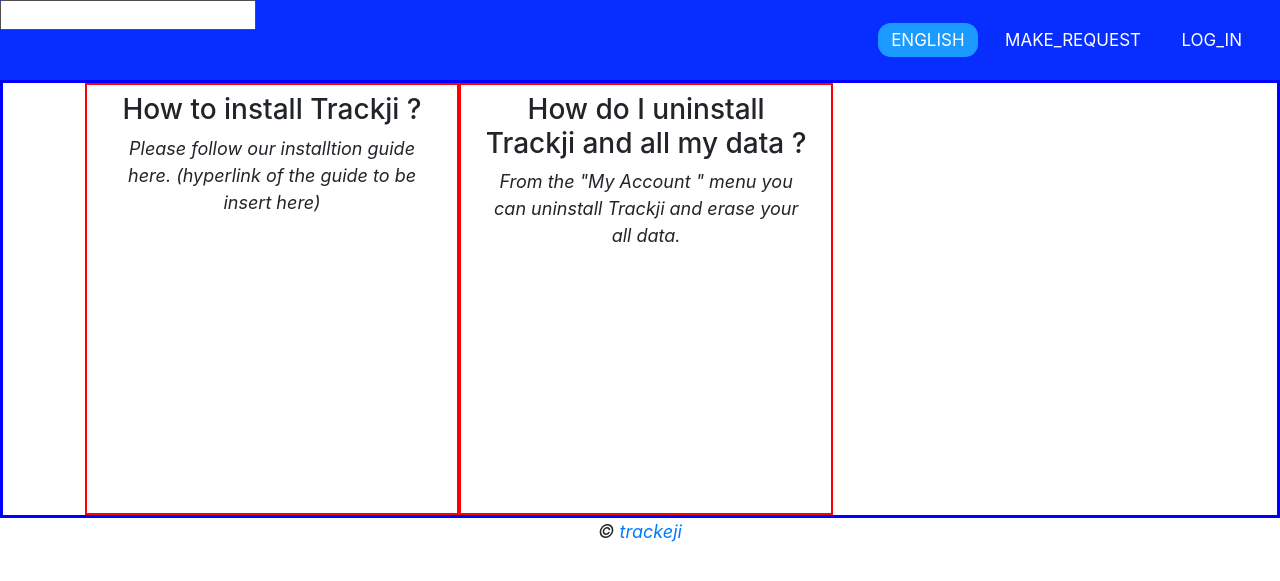
Repository: prathmeshgodbole/Web_Development
Page: Mobile_tracker/Installation.html
The author's editor kept a copy of each file at every save. The page is drawn from the files as they stood at one save, then again after the next save.
The browser window is 1280 px wide. The pictures show the whole page.
Some web libraries are served in a nearby version.

Above is the page before, as saved 2020-03-08 11:59:59.

### Mobile_tracker/Installation.html
<!DOCTYPE html>
<html lang="en">

<head>
    <meta charset="utf-8">
    <meta name="viewport" content="width=device-width, initial-scale=1, shrink-to-fit=no">
    <meta http-equiv="X-UA-compatible" ,content="ie=edge">
    <link rel="stylesheet" href="./css/installation.css">
    <script src="https://kit.fontawesome.com/a076d05399.js"></script>
    <link rel="stylesheet" href="https://stackpath.bootstrapcdn.com/bootstrap/4.3.1/css/bootstrap.min.css " integrity="sha384-ggOyR0iXCbMQv3Xipma34MD+dH/1fQ784/j6cY/iJTQUOhcWr7x9JvoRxT2MZw1T " crossorigin="anonymous ">
</head>



<body>
    <nav>
        <input type="checkbox " id="check ">
        <label for="check " class="checkbtn ">
        <i class="fas fa-bars "></i>
    </label>

        <ul>

            <li><a class="active " href="# ">English</a></li>
            <li><a href="# ">Make_Request</a></li>
            <li><a href="# ">Log_in</a></li>

        </ul>

    </nav>


    <div class="section-3 ">
        <div class="container ">
            <div class="row ">

                <div class="col-md-6 ">

                    <h3 class="m-2 ">How to install Trackji ?</h3>
                    <p class="m-2 ">Please follow our installtion guide here. (hyperlink of the guide to be insert here)</p>

                </div>


                <div class="col-md-6 ">

                    <h3 class="m-2 "> How do I uninstall Trackji and all my data ?</h3>
                    <p class="m-2 ">From the "My Account " menu you can uninstall Trackji and erase your all data.</p>

                </div>

            </div>
        </div>
    </div>




    <footer class="footer container ">
        <div class="container-inner ">
            <p class="copyright ">&copy; <a href=" ">trackeji</a></p>
        </div>
    </footer>


</body>

</html>

### Mobile_tracker/css/installation.css
body {
    margin: 0%;
    padding: 0%;
}

.section-3 {
    border-style: solid;
    border-color: blue;
}

h3 {
    text-align: center;
    font-weight: bold;
    font-size: 20px;
}

.col-md-6 {
    border: 2px solid red;
    padding-left: 5px;
    height: 60vh;
    align-items: center;
}

p {
    text-align: center;
    font-style: oblique;
    font-size: large;
}

nav {
    background: #082dff;
    height: 80px;
    width: 100%;
}

nav ul {
    float: right;
    margin-right: 20px;
}

nav ul li {
    display: inline-block;
    line-height: 80px;
    margin: 0 5px;
}

nav ul a {
    color: white;
    font-size: 17px;
    padding: 7px 13px;
    border-radius: 13px;
    text-transform: uppercase;
}

a.active,
a:hover {
    background: #1b9bff;
    transition: .5s;
}

.checkbtn {
    font-size: 30px;
    color: white;
    float: right;
    line-height: 80px;
    margin-right: 40px;
    cursor: pointer;
    display: none;
}

#check {
    display: none;
}

@media (max-width: 950px) {
    nav ul li a {
        font-size: 16px;
    }
}

@media (max-width: 850px) {
    .checkbtn {
        display: block;
    }
    ul {
        position: fixed;
        width: 100%;
        height: 100%;
        background: #2c3e50;
        top: 80px;
        left: -100%;
        text-align: center;
        transition: all .5s;
    }
    nav ul li {
        display: block;
        margin: 50px 0;
        line-height: 30px;
    }
    nav ul li a {
        font-size: 14px;
    }
    a:hover,
    a.active {
        background: none;
        color: #0082e6;
    }
    #check:checked~ul {
        left: 0;
    }
}

After the next save:
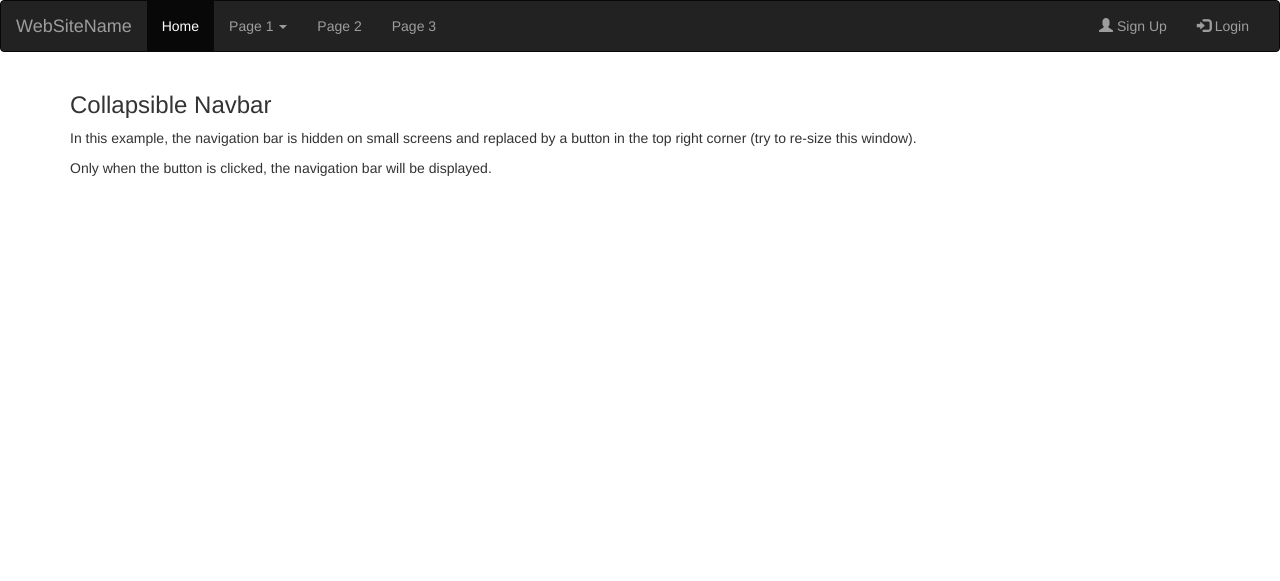
Saved 11 min 14 s later.
--- a/Mobile_tracker/Installation.html
+++ b/Mobile_tracker/Installation.html
@@ -2,66 +2,53 @@
 <html lang="en">
 
 <head>
+    <title>Bootstrap Example</title>
     <meta charset="utf-8">
-    <meta name="viewport" content="width=device-width, initial-scale=1, shrink-to-fit=no">
-    <meta http-equiv="X-UA-compatible" ,content="ie=edge">
-    <link rel="stylesheet" href="./css/installation.css">
-    <script src="https://kit.fontawesome.com/a076d05399.js"></script>
-    <link rel="stylesheet" href="https://stackpath.bootstrapcdn.com/bootstrap/4.3.1/css/bootstrap.min.css " integrity="sha384-ggOyR0iXCbMQv3Xipma34MD+dH/1fQ784/j6cY/iJTQUOhcWr7x9JvoRxT2MZw1T " crossorigin="anonymous ">
+    <meta name="viewport" content="width=device-width, initial-scale=1">
+    <link rel="stylesheet" href="https://maxcdn.bootstrapcdn.com/bootstrap/3.4.1/css/bootstrap.min.css">
+    <script src="https://ajax.googleapis.com/ajax/libs/jquery/3.4.1/jquery.min.js"></script>
+    <script src="https://maxcdn.bootstrapcdn.com/bootstrap/3.4.1/js/bootstrap.min.js"></script>
 </head>
 
+<body>
 
-
-<body>
-    <nav>
-        <input type="checkbox " id="check ">
-        <label for="check " class="checkbtn ">
-        <i class="fas fa-bars "></i>
-    </label>
-
-        <ul>
-
-            <li><a class="active " href="# ">English</a></li>
-            <li><a href="# ">Make_Request</a></li>
-            <li><a href="# ">Log_in</a></li>
-
-        </ul>
-
+    <nav class="navbar navbar-inverse">
+        <div class="container-fluid">
+            <div class="navbar-header">
+                <button type="button" class="navbar-toggle" data-toggle="collapse" data-target="#myNavbar">
+        <span class="icon-bar"></span>
+        <span class="icon-bar"></span>
+        <span class="icon-bar"></span>
+      </button>
+                <a class="navbar-brand" href="#">WebSiteName</a>
+            </div>
+            <div class="collapse navbar-collapse" id="myNavbar">
+                <ul class="nav navbar-nav">
+                    <li class="active"><a href="#">Home</a></li>
+                    <li class="dropdown">
+                        <a class="dropdown-toggle" data-toggle="dropdown" href="#">Page 1 <span class="caret"></span></a>
+                        <ul class="dropdown-menu">
+                            <li><a href="#">Page 1-1</a></li>
+                            <li><a href="#">Page 1-2</a></li>
+                            <li><a href="#">Page 1-3</a></li>
+                        </ul>
+                    </li>
+                    <li><a href="#">Page 2</a></li>
+                    <li><a href="#">Page 3</a></li>
+                </ul>
+                <ul class="nav navbar-nav navbar-right">
+                    <li><a href="#"><span class="glyphicon glyphicon-user"></span> Sign Up</a></li>
+                    <li><a href="#"><span class="glyphicon glyphicon-log-in"></span> Login</a></li>
+                </ul>
+            </div>
+        </div>
     </nav>
 
-
-    <div class="section-3 ">
-        <div class="container ">
-            <div class="row ">
-
-                <div class="col-md-6 ">
-
-                    <h3 class="m-2 ">How to install Trackji ?</h3>
-                    <p class="m-2 ">Please follow our installtion guide here. (hyperlink of the guide to be insert here)</p>
-
-                </div>
-
-
-                <div class="col-md-6 ">
-
-                    <h3 class="m-2 "> How do I uninstall Trackji and all my data ?</h3>
-                    <p class="m-2 ">From the "My Account " menu you can uninstall Trackji and erase your all data.</p>
-
-                </div>
-
-            </div>
-        </div>
+    <div class="container">
+        <h3>Collapsible Navbar</h3>
+        <p>In this example, the navigation bar is hidden on small screens and replaced by a button in the top right corner (try to re-size this window).
+            <p>Only when the button is clicked, the navigation bar will be displayed.</p>
     </div>
-
-
-
-
-    <footer class="footer container ">
-        <div class="container-inner ">
-            <p class="copyright ">&copy; <a href=" ">trackeji</a></p>
-        </div>
-    </footer>
-
 
 </body>
 
